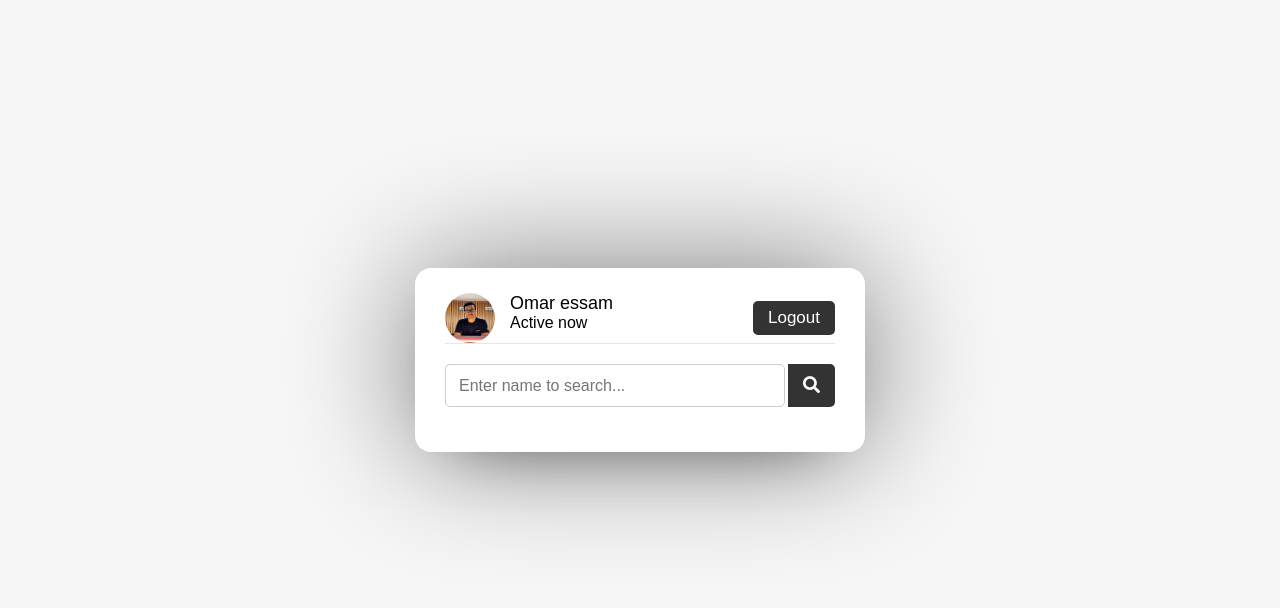
Repository: OmarEssameldinMousa/Chat-Application
Page: users.html
An editor plug-in stored every save of this project. The page is shown before and after the next save, followed by the edit.
The browser window is 1280 px wide. The pictures show the whole page.

Above is the page before, as saved 2023-09-22 15:07:06.

After the next save:
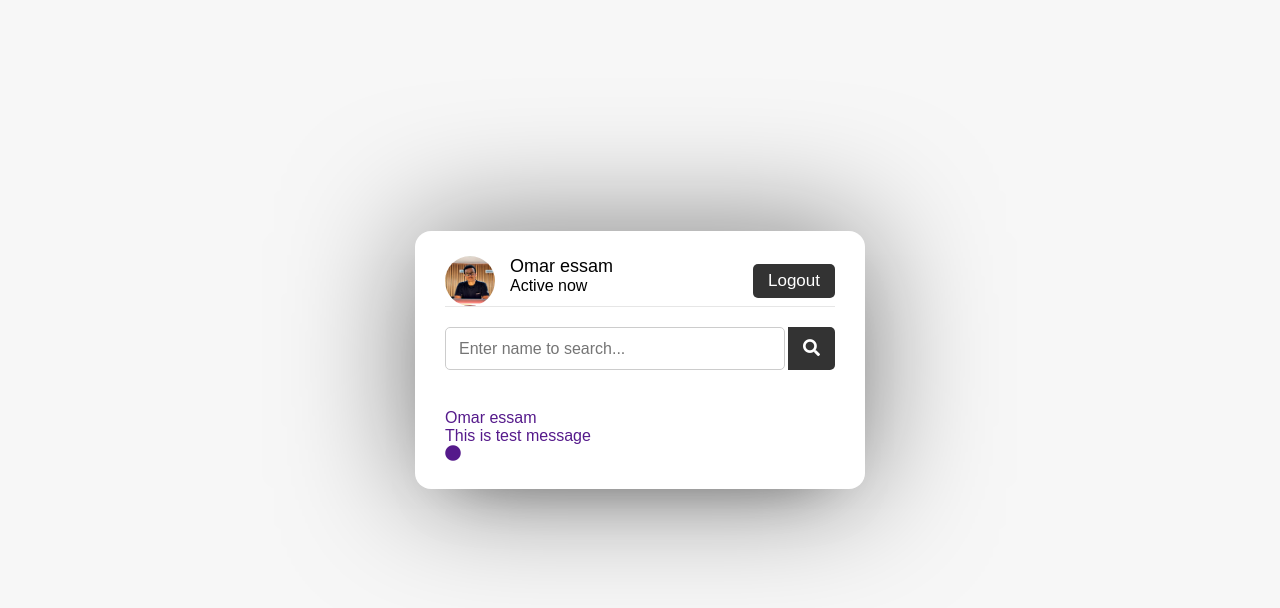
Saved 2 min 40 s later.
--- a/users.html
+++ b/users.html
@@ -28,6 +28,18 @@
                 <input type="text" placeholder="Enter name to search...">
                 <button><i class="fas fa-search"></i></button>
             </div>
+            <div class="users-list">
+                <a href="">
+                    <div class="content">
+                        <img src="" alt="">
+                        <div class="details">
+                            <span>Omar essam</span>
+                            <p>This is test message</p>
+                        </div>
+                    </div>
+                    <div class="status-dot"><i class="fas fa-circle"></i></div>
+                </a>
+            </div>
         </section>
     </div>
 </body>
